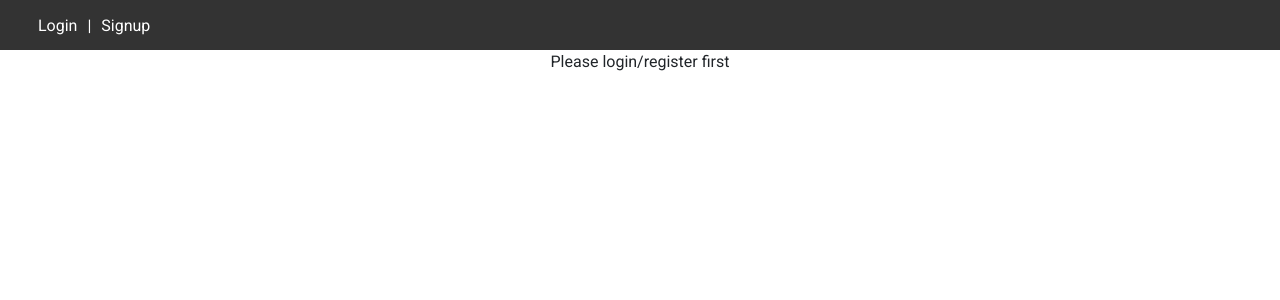
Repository: drumsmanku/task-manager
Page: / (app in client/)
These files come from the project's save history. The page is drawn as it stood at one moment and after the next save; the edit follows.
The browser window is 1280 px wide. The pictures show the whole page.
The page's requests for data from a server got no answer. The project was rebuilt for these pictures with package versions that can differ from the ones it lists, and the page was loaded fresh each time. No one was signed in, and anything a server would have sent is missing. Also part of the build but not shown: client/src/App.css, client/src/Components/AddTaskPopUp/AddTaskPopUp.module.css, client/src/Components/AddTaskPopUp/AddTaskPopUp.jsx, client/src/Components/EditTaskPopUp/EditTaskPopUp.module.css, client/src/Components/EditTaskPopUp/EditTaskPopUp.jsx, client/src/Components/MainPage/TaskList.jsx, client/src/Components/Register/Register.jsx, client/src/Components/Login/Login.jsx.

Above is the page before, as saved 2024-01-26 15:10:27.

### client/src/App.js
import './App.css';
import { BrowserRouter as Router, Route, Routes} from 'react-router-dom';
import 'bootstrap/dist/css/bootstrap.min.css';
import MainPage from './Components/MainPage/MainPage';
import Register from './Components/Register/Register';
import Login from './Components/Login/Login';

function App() {
  return (
    <Router>
        <Routes>
          <Route path='/' element={<MainPage/>}/>
          <Route path='/login' element={<Login/>}/>
          <Route path='/register' element={<Register/>}/>

        </Routes>
      </Router>
  );
}

export default App;

### client/src/Components/MainPage/MainPage.jsx
import React, {useState, useEffect} from 'react'
import styles from './MainPage.module.css'
import { useNavigate } from 'react-router-dom'
import Button from 'react-bootstrap/Button';
import AddTaskPopUp from '../AddTaskPopUp/AddTaskPopUp';
import axios from 'axios';
import TaskList from './TaskList';



function MainPage() {
  const navigate =useNavigate();
  const [isLoggedIn, setIsLoggedIn]=useState(false);
  const [task, setTask]=useState([])
  const [showAddModal, setShowAddModal] = useState(false);
  const [showButton, setShowButton]= useState(false);

  useEffect(()=>{
    const User=localStorage.getItem('user');
    if(User){
      setIsLoggedIn(true);
    }

  }, []);

  const handleLogin=()=>{
    navigate('/login');
  }
  const handleSignup=()=>{
    navigate('/register')
  }
  const handleLogout=()=>{
    localStorage.removeItem('user');
    setIsLoggedIn(false);

  }
  const handleAdd = () => {
    setShowAddModal(true);
  };

  const refreshTasks = () => {
    axios.get('http://localhost:4000/task/get-all')
      .then(res => setTask(res.data))
      .catch(err => console.error(err));
  };

  const handleDeleteTask = (taskId) => {
    const isConfirmed = window.confirm('Are you sure you want to delete?');
    if(isConfirmed) {
      axios.delete(`http://localhost:4000/task/delete/${taskId}`)
        .then(() => {
          console.log("Delete successful");
          refreshTasks(); // Refresh tasks after deletion
        })
        .catch(err => console.error(err));
    }
  };

  useEffect(() => {
    refreshTasks();
  }, [showAddModal]);
  return (
    <div className={styles.container}>
      <div style={{ display: "flex", flexDirection: "column", width: "100%" }}>
        <div className={styles.navbar}>
          <div className={styles.navBarContent}>
            <div>
              {isLoggedIn ? (
                <>
                  <button
                    className={styles.logoutButton}
                    onClick={handleLogout}
                  >
                    Logout
                  </button>
                </>
              ) : (
                <>
                  <button className={styles.loginButton} onClick={handleLogin}>
                    Login{" "}
                  </button>
                  &nbsp;|&nbsp;
                  <button
                    className={styles.signupButton}
                    onClick={handleSignup}
                  >
                    Signup
                  </button>
                </>
              )}
            </div>
          </div>
        </div>

        {isLoggedIn ? (
          <>
            <div className={styles.mainContent}>
              <div
                style={{
                  width: "100%",
                  textAlign: "center",
                  marginTop: "2rem",
                }}
              >
                <Button
                  style={{ width: "9rem", marginBottom:'2rem' }}
                  onClick={handleAdd}
                  variant="success"
                >
                  Create Task
                </Button>{" "}
              </div>

              {showAddModal && (
                <AddTaskPopUp
                  closeModal={() => setShowAddModal(false)}
                  showAddModal={showAddModal}
                />
              )}

              {task &&
                task.map((item, idx) => (
                  <TaskList
                    key={idx}
                    title={item.title}
                    description={item.description}
                    id={item.id}
                    onDelete={handleDeleteTask} // Pass the handleDeleteTask function
                    refreshTasks={refreshTasks} // Pass the refreshTasks function
                  />
                ))}
            </div>
          </>
        ) : (
          <>
            <p style={{textAlign:'center'}}>Please login/register first</p>
          </>
        )}
      </div>
    </div>
  );
}

export default MainPage

### client/src/Components/MainPage/MainPage.module.css
@import url('https://fonts.googleapis.com/css2?family=DM+Sans&family=Roboto&display=swap');

body{
  font-family: 'Roboto';
}
.container{
  width: 100vw;
  height: 100vh;
  display: flex;
}

.navbar{
  width: 100%;
  background-color: #333;
  height: 7%;
}
.navBarContent{
  padding: 0.8rem 2rem 0.8rem 2rem ;
  display: flex;
  justify-content: space-between;
  color: white;
}
.logoutButton{
  background: none;
  border: none;
  outline: none ;
  color: white;
  font-size: medium;
  cursor: pointer;
  font-weight: 600;
}

.loginButton{
  background:none;
  color: white;
  font-size: medium;
  border: none;
  cursor: pointer;

}
.signupButton{
  background:none;
  color: white;
  font-size: medium;
  border: none;
  cursor: pointer;
}

.mainContent{
  display: flex;
  height: 100%;
  flex-direction: column;
  justify-content: flex-start;
  overflow: auto;

}

### client/src/Components/Register/Register.module.css
@import url('https://fonts.googleapis.com/css2?family=DM+Sans&family=Roboto&display=swap');

body{
  font-family: 'Roboto';
}

.container{
  height: 100vh;
  width: 100%;
  display: flex;
  flex-direction: column;

  align-items: center;
  justify-content: space-between;
}

.form{
  display: flex;
  flex-direction: column;
  border: 3px solid #D9D9D9;
  border-radius: 23.2px;
  width: 30%;

}
.inputContainer{
  display: flex;
  align-items: center;
  flex-direction: column;
}

.buttonStyles{
  width: 85%;
  background-color: #2E0052;
  border-radius: 8px;
  color: white;
  padding: 0.6rem 0 0.6rem 0;
  font-family: 'Roboto';
  font-weight: 500;
  font-size: medium;
}

.welcomeText{
  display: none;
}

.heading{
  display: flex;
  align-items: center;
  font-family: 'Roboto';
  color: #2E0052;
  font-weight: 500;
}
@media (max-width: 768px){
  .heading{
    background-color: #2E0052;
    width: 100%;
    height: 8%;
    display: flex;
    padding-left: 2rem;
    align-items: center;
    color: white;
    font-size: small;
    font-weight: 400;
  }
  .form{
    width: 80%;
  }
  .notLoggedInButton{
    width: 80%;
  }
  .wideLine{
    width: 5rem;
  }
  .newToMusic{
    margin:0 1.5rem 0 1rem;
  }
  hr {
    width: 4rem;
  }
  .welcomeText {
    display: block;
    font-weight: 500;
    width: 80%;
    text-align: start;
  }
  .inputContainer>h1{
    font-size: medium;
    font-weight: 500;
    padding-left: 1.5rem;
  }
  .alreadyCustomer{
    font-weight: 400;
    display: inline-block;
  }
  footer{
    margin-top: 1rem;
  }
}

### client/src/Components/Login/Login.module.css
@import url('https://fonts.googleapis.com/css2?family=DM+Sans&family=Roboto&display=swap');

body{
  font-family: 'Roboto';
}

.container{
  height: 100vh;
  width: 100%;
  display: flex;
  flex-direction: column;
  justify-content: space-between;
  align-items: center;
}

.form{
  display: flex;
  flex-direction: column;
  border: 3px solid #D9D9D9;
  border-radius: 23.2px;
  width: 30%;

}
.inputContainer{
  display: flex;
  align-items: center;
  flex-direction: column;
}

.buttonStyles{
  width: 85%;
  background-color: #2E0052;
  border-radius: 8px;
  color: white;
  padding: 0.6rem 0 0.6rem 0;
  font-family: 'Roboto';
  font-weight: 500;
  font-size: medium;
}
.notLoggedInButton{
  width: 30%;
  background:none;
  border: 2px solid #BDBDBD;
  border-radius: 8px;
  color: black;
  padding: 0.6rem 0 0.6rem 0;
  font-family: 'Roboto';
  font-weight: 500;
  font-size: medium;
  margin-top: 2rem;
  cursor: pointer;
}
.heading{
  display: flex;
  align-items: center;
  font-family: 'Roboto';
  color: #2E0052;
  font-weight: 500;
}
.newToMusic{
  margin:0 1.5rem 0 1.5rem;
}
.wideLine {
  height: 2px;
  width: 9rem;
  background-color: #BDBDBD;
  border: none;
}

.welcomeText{
  display: none;
}
.signInText{
  align-self: flex-start;
  padding-left: 2.2rem;
  font-weight: 500;
}
.alreadyCustomer{

  display: none;
}

.mainBody{
  width: 100%;
  display: flex;
  flex-direction: column;
  align-items: center;
  margin-bottom: 4rem;
}

@media (max-width: 768px){
  .heading{
    background-color: #2E0052;
    width: 100%;
    height: 8%;
    display: flex;
    padding-left: 2rem;
    align-items: center;
    color: white;
    font-size: small;
    font-weight: 400;
  }
  .form{
    width: 80%;
  }
  .notLoggedInButton{
    width: 80%;
  }
  .wideLine{
    width: 5rem;
  }
  .newToMusic{
    margin:0 1.5rem 0 1rem;
  }
  .wideLine{
    width: 4rem;
  }
  .welcomeText {
    display: block;
    font-weight: 500;
    width: 80%;
    text-align: start;
  }
  .inputContainer>h1{
    font-size: medium;
    font-weight: 500;
    padding-left: 1.5rem;
  }
  .alreadyCustomer{
    font-weight: 400;
    display: inline-block;
  }
}

Loaded but not shown: client/public/index.html (common file); client/src/index.js (common file); client/src/index.css (common file)

After the next save:
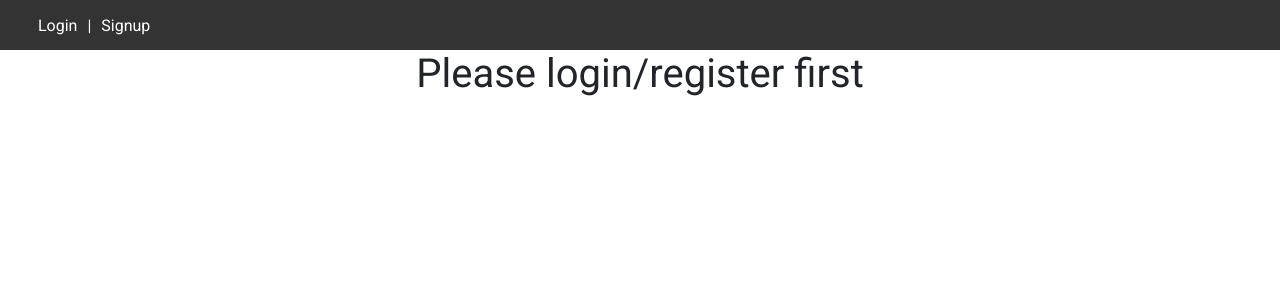
Saved 9 s later.
--- a/client/src/Components/MainPage/MainPage.jsx
+++ b/client/src/Components/MainPage/MainPage.jsx
@@ -133,7 +133,7 @@ function MainPage() {
           </>
         ) : (
           <>
-            <p style={{textAlign:'center'}}>Please login/register first</p>
+            <h1 style={{textAlign:'center'}}>Please login/register first</h1>
           </>
         )}
       </div>
